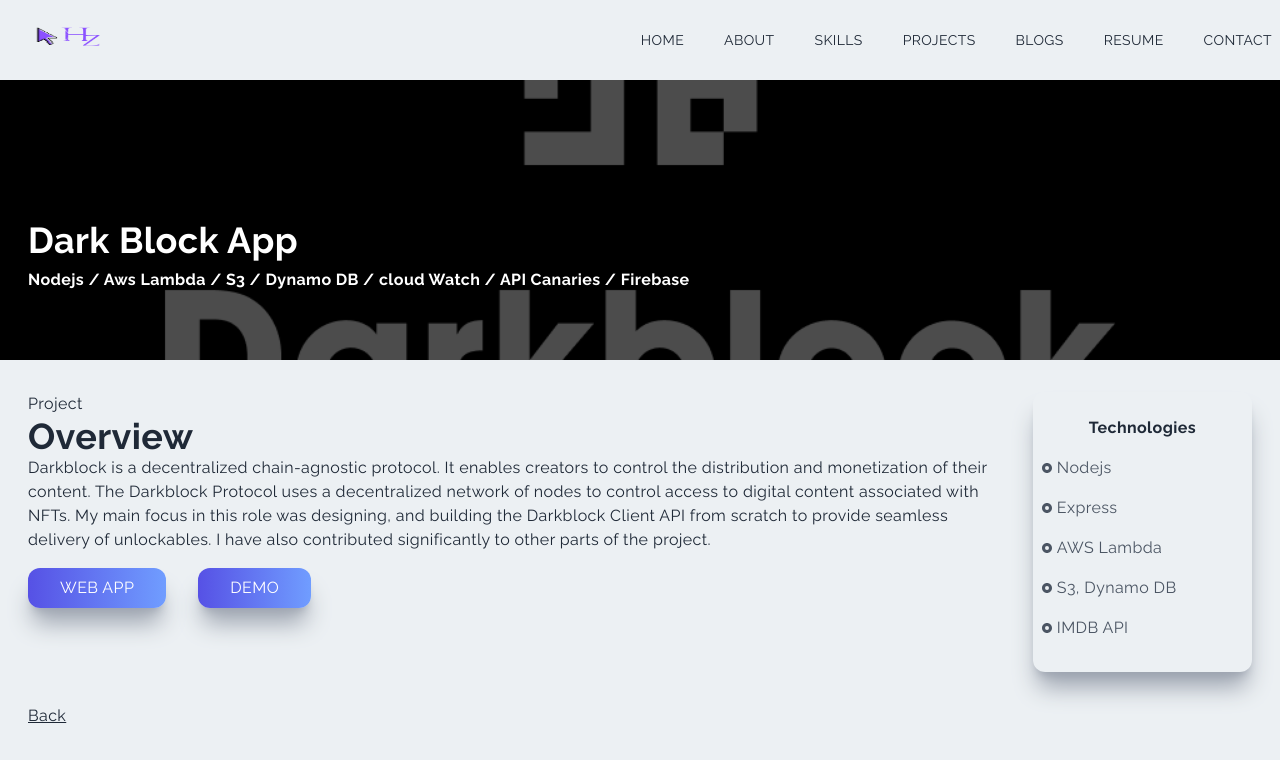
Repository: Hasnainzxc/testofolio
Page: /darkblock
These files come from the project's save history. The page is drawn as it stood at one moment and after the next save; the edit follows.
The browser window is 1280 px wide. The pictures show the whole page.
The project was rebuilt for these pictures with package versions that can differ from the ones it lists, and the page was loaded fresh each time. The framework's server and built-in components were replaced by stand-ins that run in the browser. Also part of the build but not shown: next.config.js.

Above is the page before, as saved 2023-01-27 06:42:44.

### pages/darkblock.jsx
import Image from 'next/image';
import React from 'react';
// import netflixImg from '../public/assets/projects/netflix.jpg';
import darkblockImg from '../public/assets/projects/darkblock.jpg';
import { RiRadioButtonFill } from 'react-icons/ri';
import Link from 'next/link';

const darkblock = () => {
  return (
    <div className='w-full'>
      <div className='w-screen h-[50vh] relative'>
        <div className='absolute top-0 left-0 w-full h-[50vh] bg-black/70 z-10' />
        <Image
          className='absolute z-1'
          layout='fill'
          objectFit='cover'
          src={darkblockImg}
          alt='/'
        />
        <div className='absolute top-[70%] max-w-[1240px] w-full left-[50%] right-[50%] translate-x-[-50%] translate-y-[-50%] text-white z-10 p-2'>
          <h2 className='py-2'>Dark Block App</h2>
          <h3>Nodejs / Aws Lambda / S3 / Dynamo DB / cloud Watch / API Canaries / Firebase</h3>
        </div>
      </div>

      <div className='max-w-[1240px] mx-auto p-2 grid md:grid-cols-5 gap-8 py-8'>
        <div className='col-span-4'>
          <p>Project</p>
          <h2>Overview</h2>

          <p>
Darkblock is a decentralized chain-agnostic protocol. It enables creators to control the distribution and monetization of their content.
The Darkblock Protocol uses a decentralized network of nodes to control access to digital content associated with NFTs.
My main focus in this role was designing, and building the Darkblock Client API from scratch to provide seamless delivery of unlockables.
I have also contributed significantly to other parts of the project.   </p>


          <a
            href='https://app.darkblock.io/'
            target='_blank'
            rel='noreferrer'
          >
            <button className='px-8 py-2 mt-4 mr-8'>WEB APP</button>
          </a>
          <a
            href='https://app.darkblock.io/'
            target='_blank'
            rel='noreferrer'
          >
            <button className='px-8 py-2 mt-4'>DEMO</button>
          </a>
        </div>
        <div className='col-span-4 md:col-span-1 shadow-xl shadow-gray-400 rounded-xl py-4'>
          <div className='p-2'>
            <p className='text-center font-bold pb-2'>Technologies</p>
            <div className='grid grid-cols-3 md:grid-cols-1'>
              <p className='text-gray-600 py-2 flex items-center'>
                <RiRadioButtonFill className='pr-1' /> Nodejs
              </p>
              <p className='text-gray-600 py-2 flex items-center'>
                <RiRadioButtonFill className='pr-1' /> Express
              </p>
              <p className='text-gray-600 py-2 flex items-center'>
                <RiRadioButtonFill className='pr-1' /> AWS Lambda
              </p>
              <p className='text-gray-600 py-2 flex items-center'>
                <RiRadioButtonFill className='pr-1' /> S3, Dynamo DB
              </p>
              <p className='text-gray-600 py-2 flex items-center'>
                <RiRadioButtonFill className='pr-1' /> IMDB API
              </p>
            </div>
          </div>
        </div>
        <Link href='/#projects'>
          <p className='underline cursor-pointer'>Back</p>
        </Link>
      </div>
    </div>
  );
};

export default darkblock;

### components/Navbar.jsx
import Image from 'next/image';
import Link from 'next/link';
import React, { useState, useEffect } from 'react';
import { AiOutlineClose, AiOutlineMail, AiOutlineMenu } from 'react-icons/ai';
import { FaGithub, FaLinkedinIn } from 'react-icons/fa';
import { BsFillPersonLinesFill } from 'react-icons/bs';
// import { useRouter } from 'next/router';
import logo from '../public/assets/logo.png'

const Navbar = () => {
  const [nav, setNav] = useState(false);
  const [shadow, setShadow] = useState(false);
  const [navBg, setNavBg] = useState('#ecf0f3');
  const [linkColor, setLinkColor] = useState('#1f2937');
  // const [position, setPosition] = useState('fixed')
  // const router = useRouter();

  // useEffect(() => {
  //   if (
  //     router.asPath === '/property' ||
  //     router.asPath === '/crypto' ||
  //     router.asPath === '/netflix' ||
  //     router.asPath === '/twitch'
  //   ) {
  //     setNavBg('transparent');
  //     setLinkColor('#ecf0f3');
  //   } else {
  //     setNavBg('#ecf0f3');
  //     setLinkColor('#1f2937');
  //   }
  // }, [router]);

  const handleNav = () => {
    setNav(!nav);
  };

  useEffect(() => {
    const handleShadow = () => {
      if (window.scrollY >= 90) {
        setShadow(true);
      } else {
        setShadow(false);
      }
    };
    window.addEventListener('scroll', handleShadow);
  }, []);

  return (
    <div
      style={{ backgroundColor: `${navBg}` }}
      className={
        shadow
          ? 'fixed w-full h-20 shadow-xl z-[100] ease-in-out duration-300'
          : 'fixed w-full h-20 z-[100]'
      }
    >
      <div className='flex justify-between items-center w-full h-full px-2 2xl:px-16'>
        <Link href='/'>
          <a>
            <Image
              src={logo}
              alt='/'
              width='125'
              height='50'
              className='cursor-pointer'
            />
          </a>
        </Link>
        <div>
          <ul style={{ color: `${linkColor}` }} className='hidden md:flex'>
            <li className='ml-10 text-sm uppercase hover:border-b'>
              <Link href='/'>Home</Link>
            </li>
            <li className='ml-10 text-sm uppercase hover:border-b'>
              <Link href='/#about'>About</Link>
            </li>
            <li className='ml-10 text-sm uppercase hover:border-b'>
              <Link href='/#skills'>Skills</Link>
            </li>
            <li className='ml-10 text-sm uppercase hover:border-b'>
              <Link href='/#projects'>Projects</Link>
            </li>
            <li className='ml-10 text-sm uppercase hover:border-b'>
              <Link href='/#Blog'>Blogs</Link>
            </li>
            <li className='ml-10 text-sm uppercase hover:border-b'>
              <Link href='/resume'>Resume</Link>
            </li>
            <li className='ml-10 text-sm uppercase hover:border-b'>
              <Link href='/#contact'>Contact</Link>
            </li>
          </ul>
          {/* Hamburger Icon */}
          <div
            style={{ color: `${linkColor}` }}
            onClick={handleNav}
            className='md:hidden'
          >
            <AiOutlineMenu size={25} />
          </div>
        </div>
      </div>

      {/* Mobile Menu */}
      {/* Overlay */}
      <div
        className={
          nav ? 'md:hidden fixed left-0 top-0 w-full h-screen bg-black/70' : ''
        }
      >
        {/* Side Drawer Menu */}
        <div
          className={
            nav
              ? ' fixed left-0 top-0 w-[75%] sm:w-[60%] md:w-[45%] h-screen bg-[#ecf0f3] p-10 ease-in duration-500'
              : 'fixed left-[-100%] top-0 p-10 ease-in duration-500'
          }
        >
          <div>
            <div className='flex w-full items-center justify-between'>
              <Link href='/'>
                <a>
                  <Image
                    src={logo}
                    width='87'
                    height='35'
                    alt='/'
                  />
                </a>
              </Link>
              <div
                onClick={handleNav}
                className='rounded-full shadow-lg shadow-gray-400 p-3 cursor-pointer'
              >
                <AiOutlineClose />
              </div>
            </div>
            <div className='border-b border-gray-300 my-4'>
              <p className='w-[85%] md:w-[90%] py-4'>
                Let&#39;s build something legendary together
              </p>
            </div>
          </div>
          <div className='py-4 flex flex-col'>
            <ul className='uppercase'>
              <Link href='/'>
                <li onClick={() => setNav(false)} className='py-4 text-sm'>
                  Home
                </li>
              </Link>
              <Link href='/#about'>
                <li onClick={() => setNav(false)} className='py-4 text-sm'>
                  About
                </li>
              </Link>
              <Link href='/#skills'>
                <li onClick={() => setNav(false)} className='py-4 text-sm'>
                  Skills
                </li>
              </Link>
              <Link href='/#projects'>
                <li onClick={() => setNav(false)} className='py-4 text-sm'>
                  Projects
                </li>
              </Link>
              <Link href='/resume'>
                <li onClick={() => setNav(false)} className='py-4 text-sm'>
                  Resume
                </li>
              </Link>
              <Link href='/#contact'>
                <li onClick={() => setNav(false)} className='py-4 text-sm'>
                  Contact
                </li>
              </Link>
            </ul>
            <div className='pt-40'>
              <p className='uppercase tracking-widest text-[#5651e5]'>
                Let&#39;s Connect
              </p>
              <div className='flex items-center justify-between my-4 w-full sm:w-[80%]'>
                <a
                  href='
                  https://www.linkedin.com/in/hasnainzxc//'
                  target='_blank'
                  rel='noreferrer'
                >
                  <div className='rounded-full shadow-lg shadow-gray-400 p-3 cursor-pointer hover:scale-105 ease-in duration-300'>
                    <FaLinkedinIn />
                  </div>
                </a>
                <a
                  href='https://github.com/Hasnainzxc'
                  target='_blank'
                  rel='noreferrer'
                >
                  <div className='rounded-full shadow-lg shadow-gray-400 p-3 cursor-pointer hover:scale-105 ease-in duration-300'>
                    <FaGithub />
                  </div>
                </a>
                <Link href='/#contact'>
                  <div
                    onClick={() => setNav(!nav)}
                    className='rounded-full shadow-lg shadow-gray-400 p-3 cursor-pointer hover:scale-105 ease-in duration-300'
                  >
                    <AiOutlineMail />
                  </div>
                </Link>
                <Link href='/resume'>
                  <div
                    onClick={() => setNav(!nav)}
                    className='rounded-full shadow-lg shadow-gray-400 p-3 cursor-pointer hover:scale-105 ease-in duration-300'
                  >
                    <BsFillPersonLinesFill />
                  </div>
                </Link>
              </div>
            </div>
          </div>
        </div>
      </div>
    </div>
  );
};

export default Navbar;

Loaded but not shown: pages/_app.js (common file); pages/_document.js (common file); styles/globals.css (common file); tailwind.config.js (common file)

After the next save:
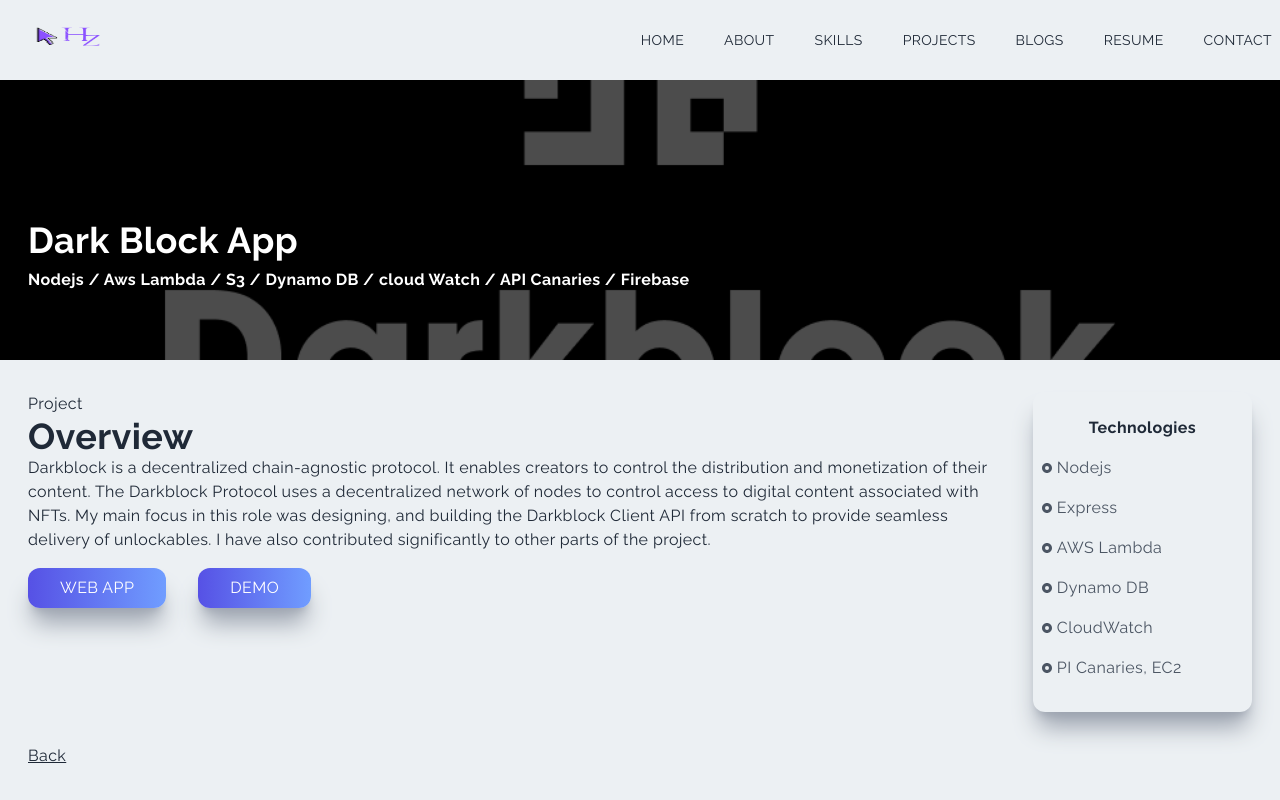
Saved 2 min 48 s later.
--- a/pages/darkblock.jsx
+++ b/pages/darkblock.jsx
@@ -64,10 +64,13 @@
                 <RiRadioButtonFill className='pr-1' /> AWS Lambda
               </p>
               <p className='text-gray-600 py-2 flex items-center'>
-                <RiRadioButtonFill className='pr-1' /> S3, Dynamo DB
+                <RiRadioButtonFill className='pr-1' />  Dynamo DB
               </p>
               <p className='text-gray-600 py-2 flex items-center'>
-                <RiRadioButtonFill className='pr-1' /> IMDB API
+                <RiRadioButtonFill className='pr-1' /> CloudWatch
+              </p>
+              <p className='text-gray-600 py-2 flex items-center'>
+                <RiRadioButtonFill className='pr-1' /> PI Canaries, EC2
               </p>
             </div>
           </div>
